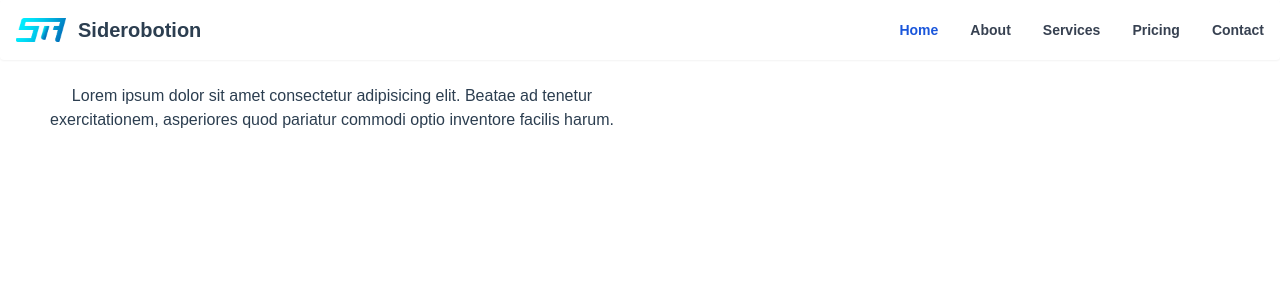
Repository: khulqu15/siderobotion
Page: /
The author's editor kept a copy of each file at every save. The page is drawn from the files as they stood at one save, then again after the next save.
The browser window is 1280 px wide. The pictures show the whole page.
The project was rebuilt for these pictures with package versions that can differ from the ones it lists, and the page was loaded fresh each time. Also part of the build but not shown: vue.config.js.

Above is the page before, as saved 2022-06-12 02:09:16.

After the next save:
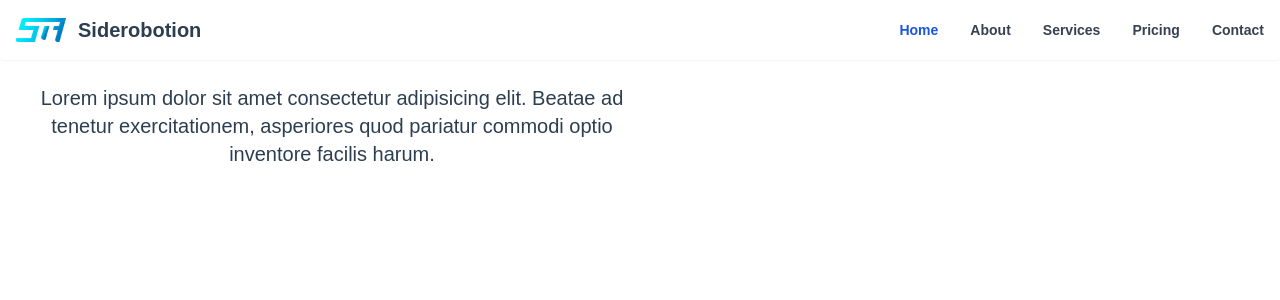
Saved 7 s later.
--- a/src/views/HomeView.vue
+++ b/src/views/HomeView.vue
@@ -3,7 +3,7 @@
   <web-layout>
     <div class="px-8 py-6 grid grid-cols-2 gap-4">
       <div>
-        <h1 class="font-xl">Lorem ipsum dolor sit amet consectetur adipisicing elit. Beatae ad tenetur exercitationem, asperiores quod pariatur commodi optio inventore facilis harum.</h1>
+        <h1 class="text-xl">Lorem ipsum dolor sit amet consectetur adipisicing elit. Beatae ad tenetur exercitationem, asperiores quod pariatur commodi optio inventore facilis harum.</h1>
       </div>
     </div>
   </web-layout>
